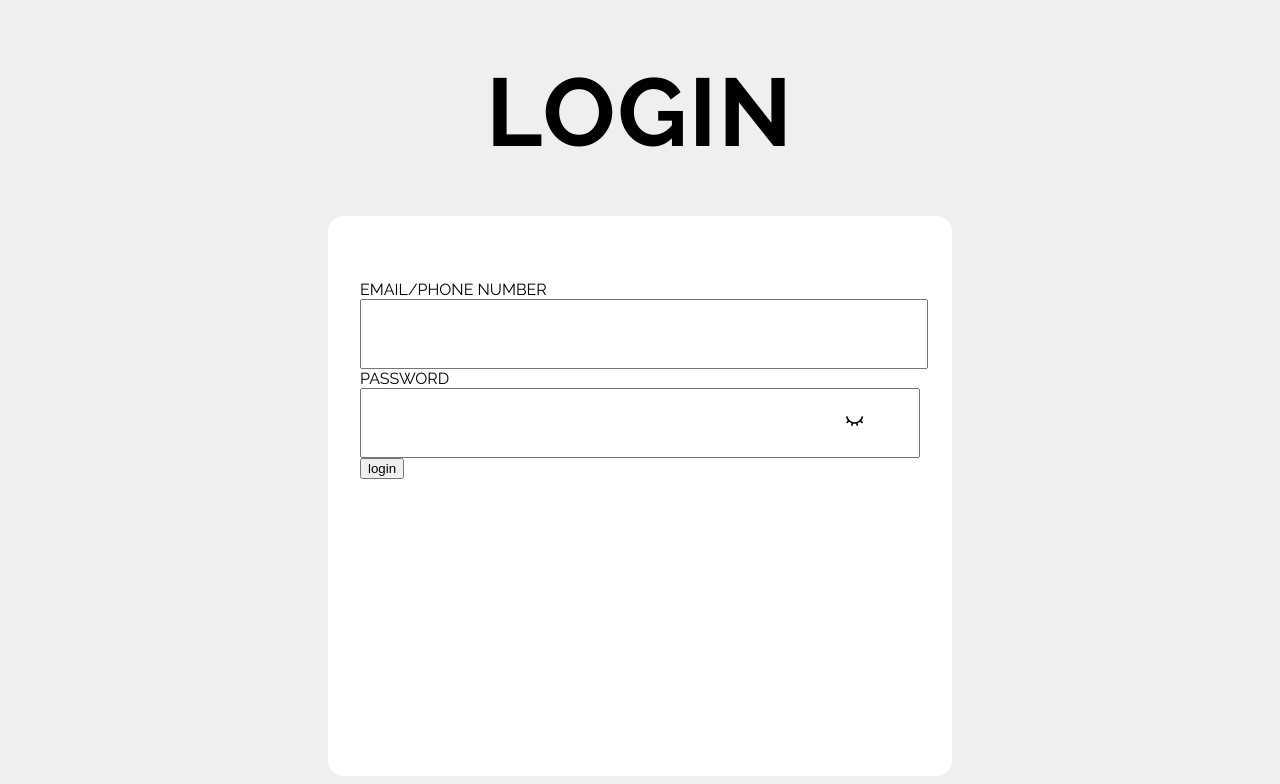
Repository: rehamtaher10/thirdReactTask
Page: /
An editor plug-in stored every save of this project. The page is shown before and after a run of saves, followed by the edit.
The browser window is 1280 px wide. The pictures show the whole page.
The project was rebuilt for these pictures with package versions that can differ from the ones it lists, and the page was loaded fresh each time. Also part of the build but not shown: vite.config.js, src/components/HomePage/Home.jsx, src/style/navBar.css, src/components/Navbar.jsx, src/components/Layout/Layout.jsx, src/components/AboutPage/About.jsx, src/style/contactUs.css, src/components/ContactUsPage/ContactUs.jsx and 2 more.

Above is the page before, as saved 2024-12-02 00:44:35.

After the next 7 saves:
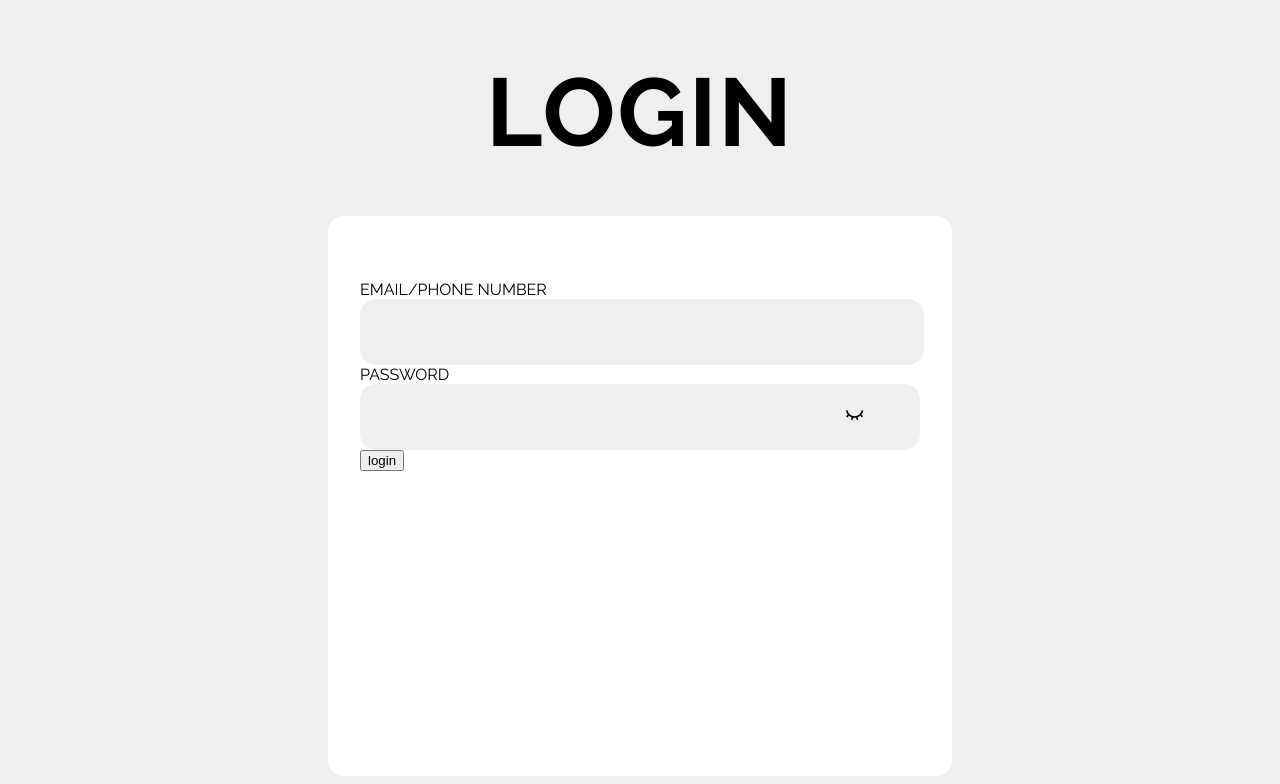
The 7 saves are shown as one change because they came seconds apart.
The last was saved 26 s later.
--- a/src/style/loginPage.css
+++ b/src/style/loginPage.css
@@ -29,7 +29,9 @@ body {
 .loginComponent form input{
     width: 100%;
     height: 4rem;
-    background-color: ;
+    background-color: rgb(241, 238, 238);
+    border: none;
+    border-radius: 1rem;
 }
 .error {
     color: #ba1420;
